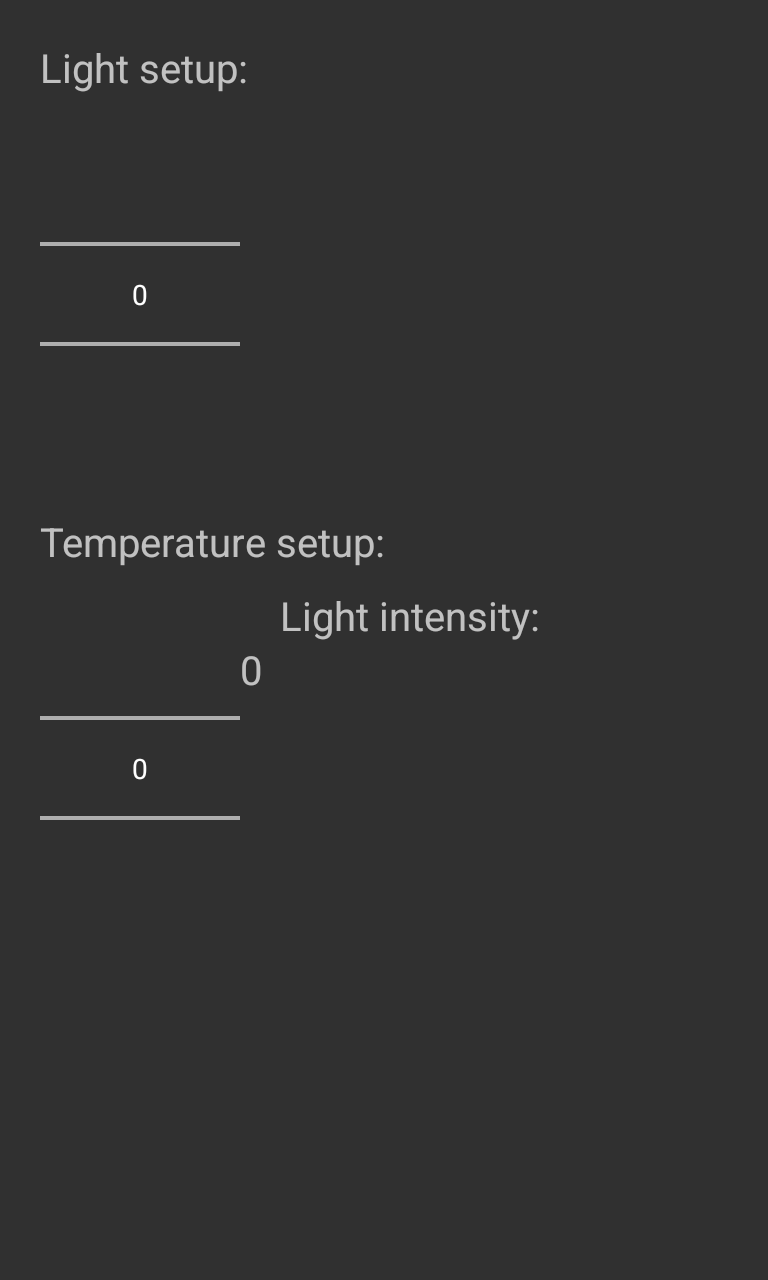
Repository: deanzaka/Shroom-Smart-Terminal
Layout: IOIOShroomST/res/layout/sensors.xml
An editor plug-in stored every save of this project. The layout is shown before and after the next save, followed by the edit.
It is drawn on a 768 x 1280 px phone screen (xhdpi) without system bars, with theme Theme.AppCompat; the app's code is not run.

Above is the layout before, as saved 2014-11-18 07:05:02.

After the next save:
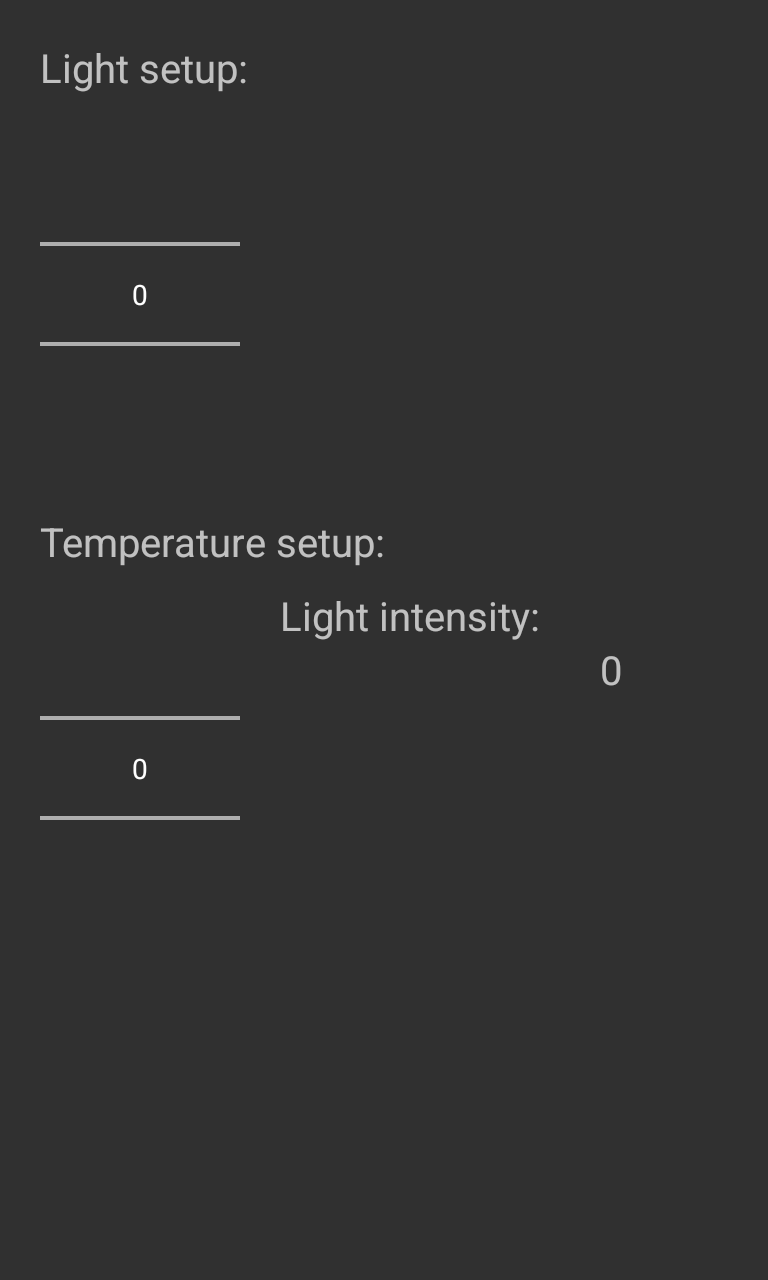
Saved 26 s later.
--- a/IOIOShroomST/res/layout/sensors.xml
+++ b/IOIOShroomST/res/layout/sensors.xml
@@ -68,7 +68,6 @@
 		    android:layout_height="wrap_content"
 		    android:layout_toRightOf="@id/LightLabel"
 		    android:paddingRight="20dp"
-			android:layout_toRightOf="@id/userTemp"
 			android:layout_below="@id/LightLabel"
 		    android:text="0"
 		    android:textSize="20sp" />
